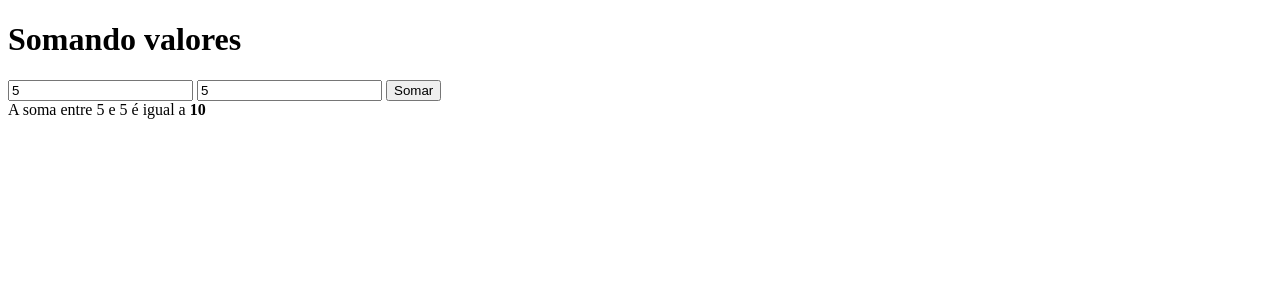
Repository: Iamjordana/Curso-JavaScript
Page: ex007/index.html
An editor plug-in stored every save of this project. The page is shown before and after the next save, followed by the edit.
The browser window is 1280 px wide. The pictures show the whole page.
Empty fields were first filled with sample values (such as "Sample", 5 or name@example.com).
After loading, the first visible `input[onclick="somar()"]` was clicked once.

Above is the page before, as saved 2025-02-17 13:40:37.

After the next save:
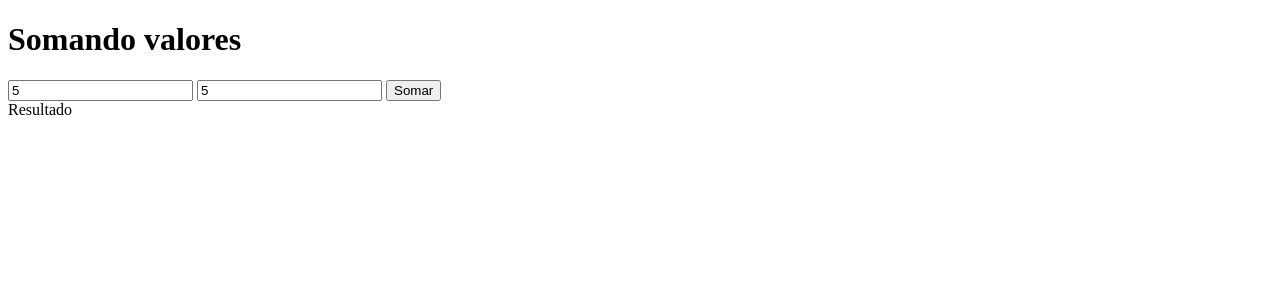
Console error: TypeError: window.documentById is not a function
Saved 20 s later.
--- a/ex007/index.html
+++ b/ex007/index.html
@@ -21,6 +21,16 @@
             var s = n1 + n2
             res.innerHTML = `A soma entre ${n1} e ${n2} é igual a <strong>${s}</strong>`
         }
+
+        function somar(){
+            var tn1 = window.documentById('txtn1');
+            var tn2 = window.document.querySelector('input#txtn2');
+            var res = window.document.getElementById('res');
+            var n1 = Number(tn1.value);
+            var n2 = Number (tn2.value);
+            var s = n1 + n2
+            res.innerHTML = 'A soma entre ${n1} e ${n2} é igual a ${s}'
+        }
     </script>
 </body>
 </html>

After the save that followed:
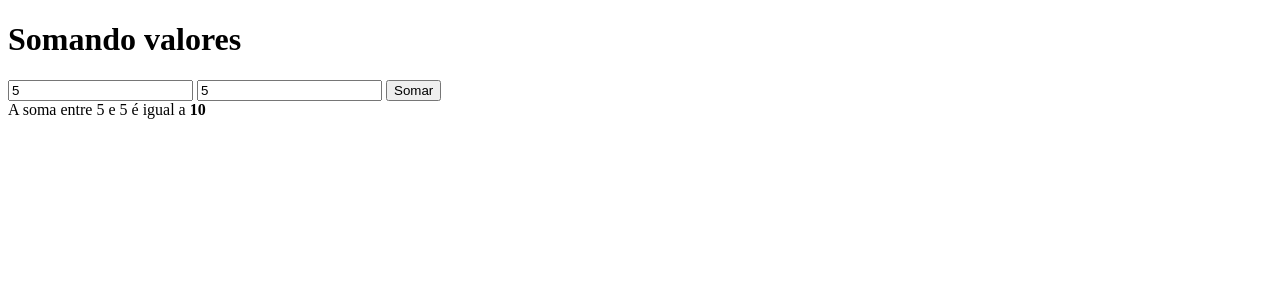
The error is gone.
Saved 31 s later.
--- a/ex007/index.html
+++ b/ex007/index.html
@@ -22,15 +22,6 @@
             res.innerHTML = `A soma entre ${n1} e ${n2} é igual a <strong>${s}</strong>`
         }
 
-        function somar(){
-            var tn1 = window.documentById('txtn1');
-            var tn2 = window.document.querySelector('input#txtn2');
-            var res = window.document.getElementById('res');
-            var n1 = Number(tn1.value);
-            var n2 = Number (tn2.value);
-            var s = n1 + n2
-            res.innerHTML = 'A soma entre ${n1} e ${n2} é igual a ${s}'
-        }
     </script>
 </body>
 </html>
